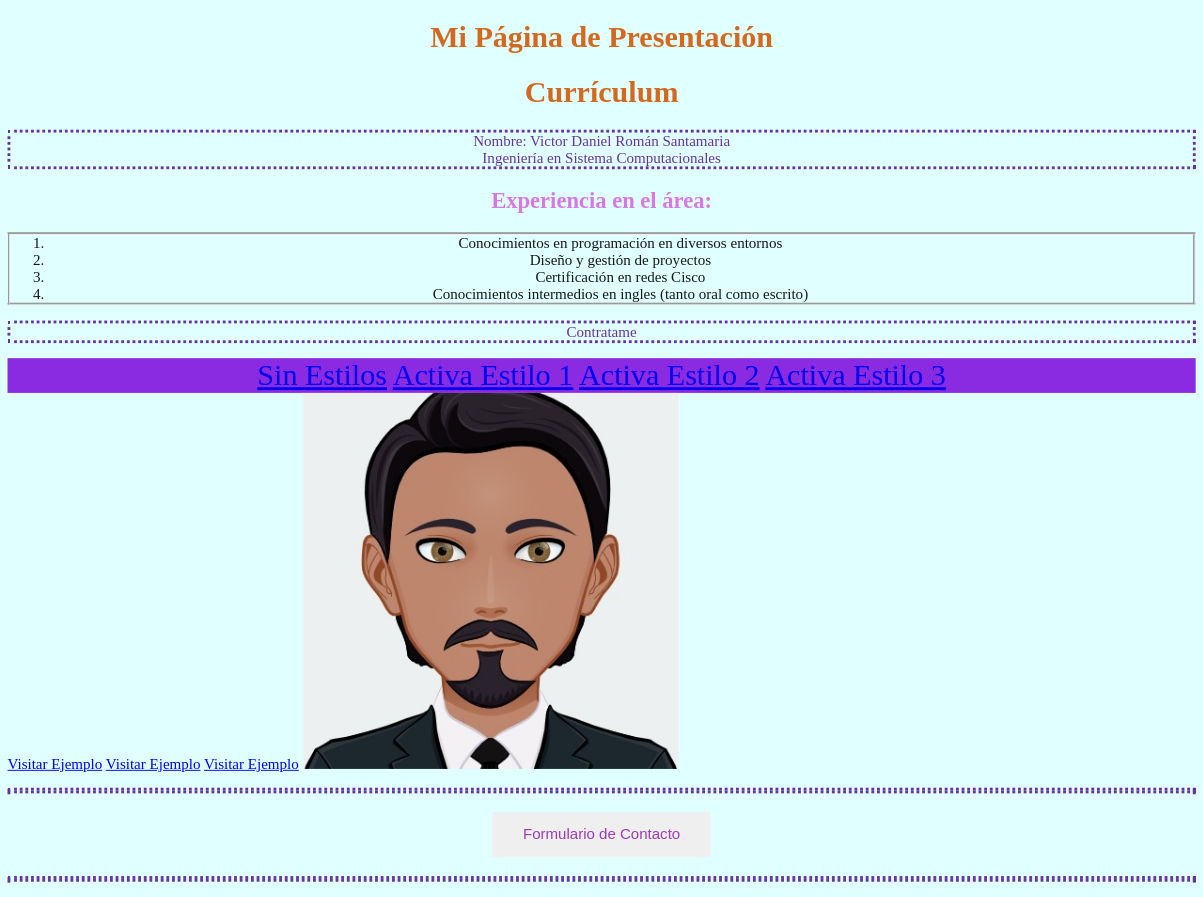
Repository: UVMCoyoacan/VEFY
Page: INDEXVIC.html
An editor plug-in stored every save of this project. The page is shown before and after the next save, followed by the edit.
The browser window is 1280 px wide. The pictures show the whole page, at 94% of full size.

Above is the page before, as saved 2024-03-01 11:54:33.

After the next save:
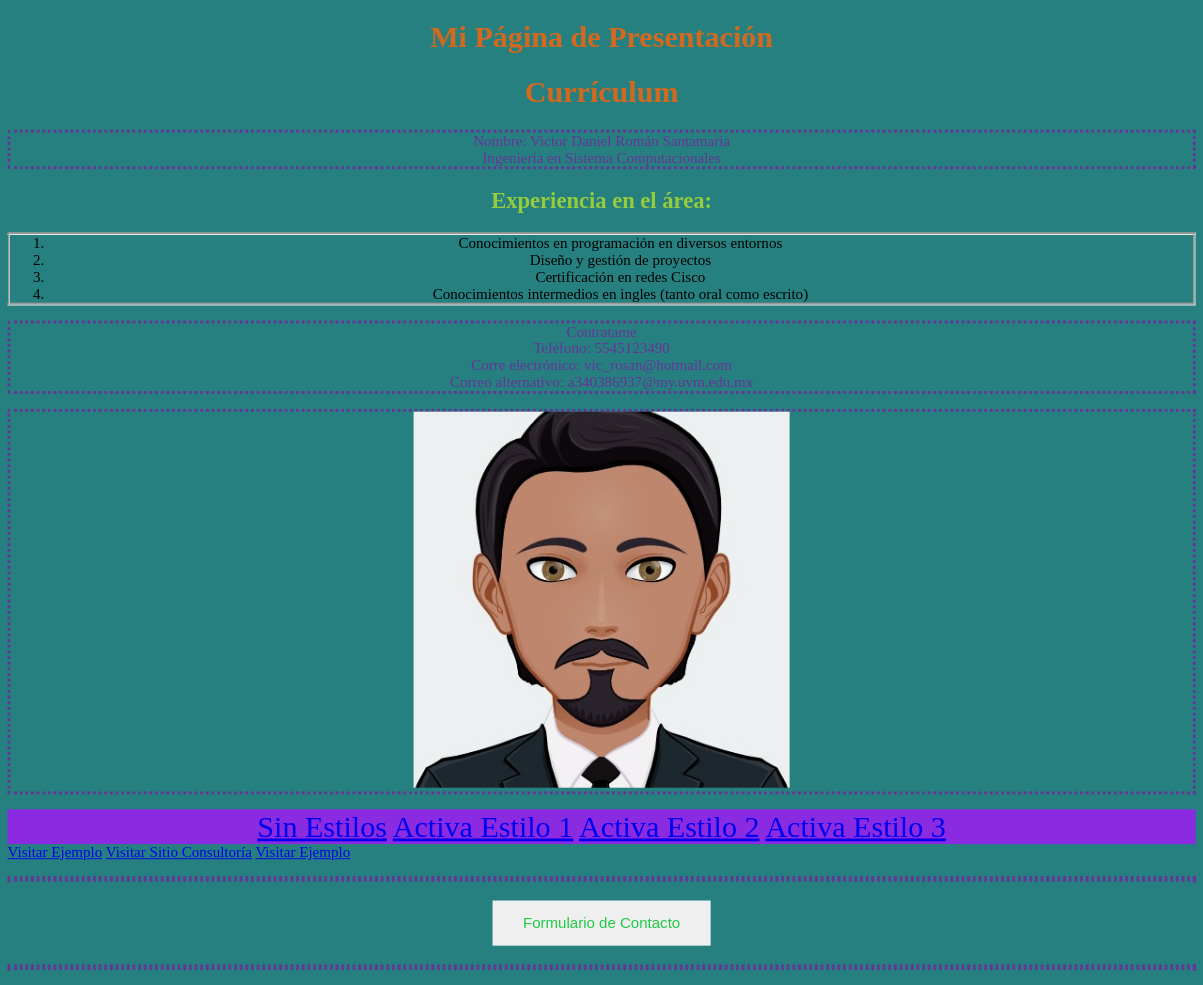
Saved 32 s later.
--- a/INDEXVIC.html
+++ b/INDEXVIC.html
@@ -2,13 +2,14 @@
 <html>
     <head>
 
+
         <link rel="stylesheet" href="estilo2.css">
-        <link rel="stylesheet" href="estilo3.css">
+
         <meta charset="utf-8" />
 
     </head>
     <body>
-        <h1 onclick="fond()"> Mi Página de Presentación</h1>
+        <h1 onclick="fondo()"> Mi Página de Presentación</h1>
         <h1 id="raro"> Currículum </h1>
 
         <p>
@@ -26,20 +27,22 @@
             <li> Conocimientos intermedios en ingles (tanto oral como escrito)</li>
         </ol>
         <p>
-            Contratame
+            Contratame <br> Teléfono: 5545123490 <br> Corre electrónico: vic_rosan@hotmail.com <br> Correo alternativo: a340386937@my.uvm.edu.mx
+
         </p>
 
+        <p><img src="VicFoto.jpg" alt="MiAvatar"></p>
+
         <footer style="font-size: xx-large;text-align: center;">
-            <a href="#" onclick="noEstilos()">Sin Estilos</a>
-            <a href="#"  onclick="activaEstilos(0)">Activa Estilo 1</a>
-            <a href="#" onclick="activaEstilos(1)">Activa Estilo 2</a>
-            <a href="#" onclick="activaEstilos(2)">Activa Estilo 3</a>
+            <a href="#" onclick="NoEstilos()">Sin Estilos</a>
+            <a href="#"  onclick="ActivaEstilo(0)">Activa Estilo 1</a>
+            <a href="#" onclick="ActivaEstilo(1)">Activa Estilo 2</a>
+            <a href="#" onclick="ActivaEstilo(2)">Activa Estilo 3</a>
         </footer>
 
-        <a href="file:///C:/Users/Evanb/OneDrive/Documentos/Actividades%20UVM/INGENIERIA%20DE%20SOFTWARE%20II%20UVM/Primer%20parcial/INDEX.html">Visitar Ejemplo</a>
-        <a href="file:///C:/Users/Evanb/OneDrive/Documentos/Actividades%20UVM/INGENIERIA%20DE%20SOFTWARE%20II%20UVM/Primer%20parcial/INDEX.html">Visitar Ejemplo</a>
-        <a href="file:///C:/Users/Evanb/OneDrive/Documentos/Actividades%20UVM/INGENIERIA%20DE%20SOFTWARE%20II%20UVM/Primer%20parcial/INDEX.html">Visitar Ejemplo</a>
-        <img src="VicFoto.jpg" alt="MiAvatar">
+        <a href="./INDEX_FER.html">Visitar Ejemplo</a>
+        <a href="./indexPrincipal.html">Visitar Sitio Consultoría</a>
+        <a href="./index_Yosef.html">Visitar Ejemplo</a>
 
         <script src="cod.js">
             saludo();
